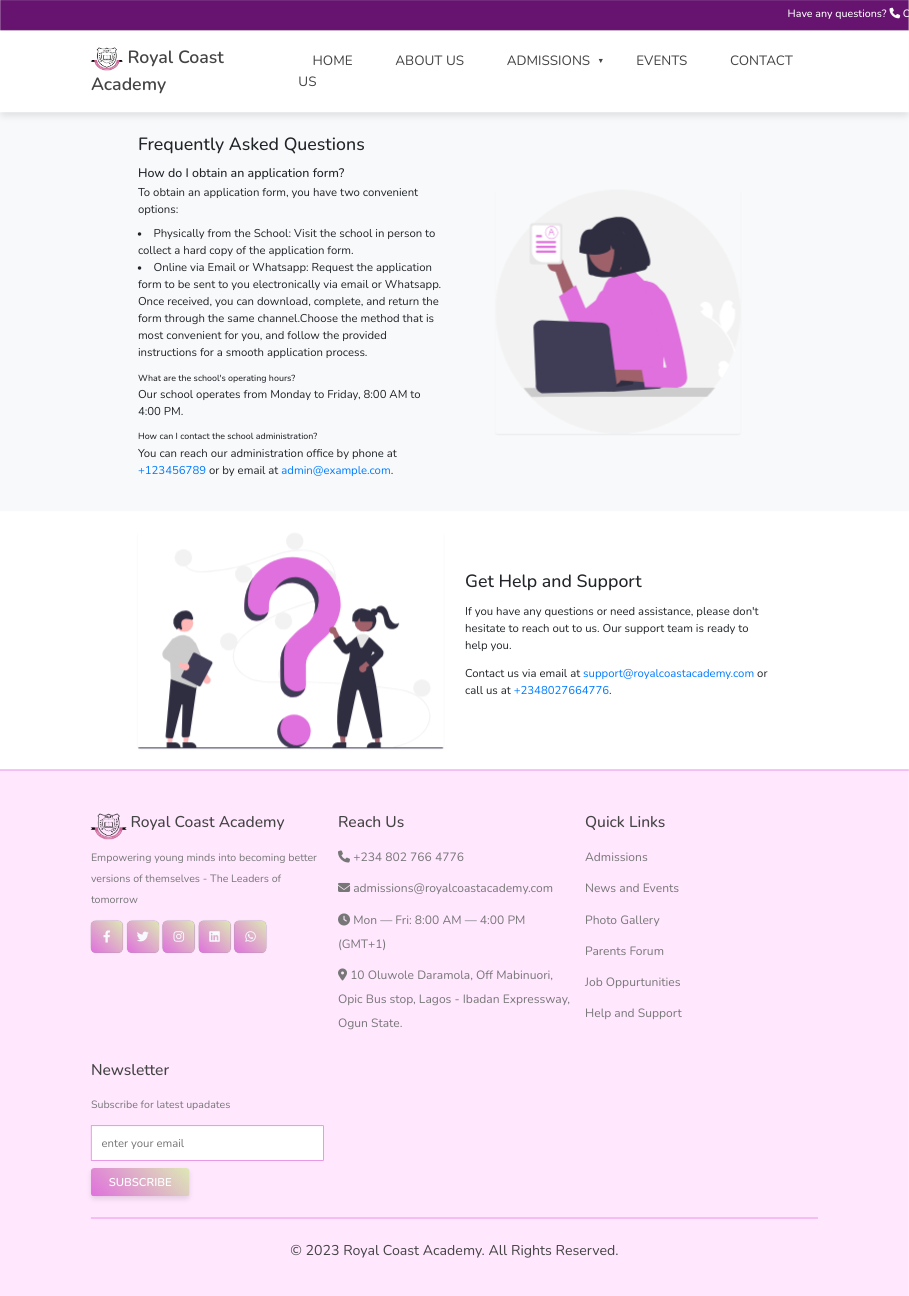
Repository: AdeniranZion/RC-Academy
Page: http://localhost/faq.php
The author's editor kept a copy of each file at every save. The page is drawn from the files as they stood at one save, then again after the next save.
The browser window is 1280 px wide. The pictures show the whole page, at 71% of full size.
Some web libraries are served in a nearby version. The page is run by PHP 8.4 with error messages shown; the project is at /var/www/html/.

Above is the page before, as saved 2024-06-21 19:20:33.
Console error: TypeError: Cannot set properties of null (setting 'onclick')

After the next save:
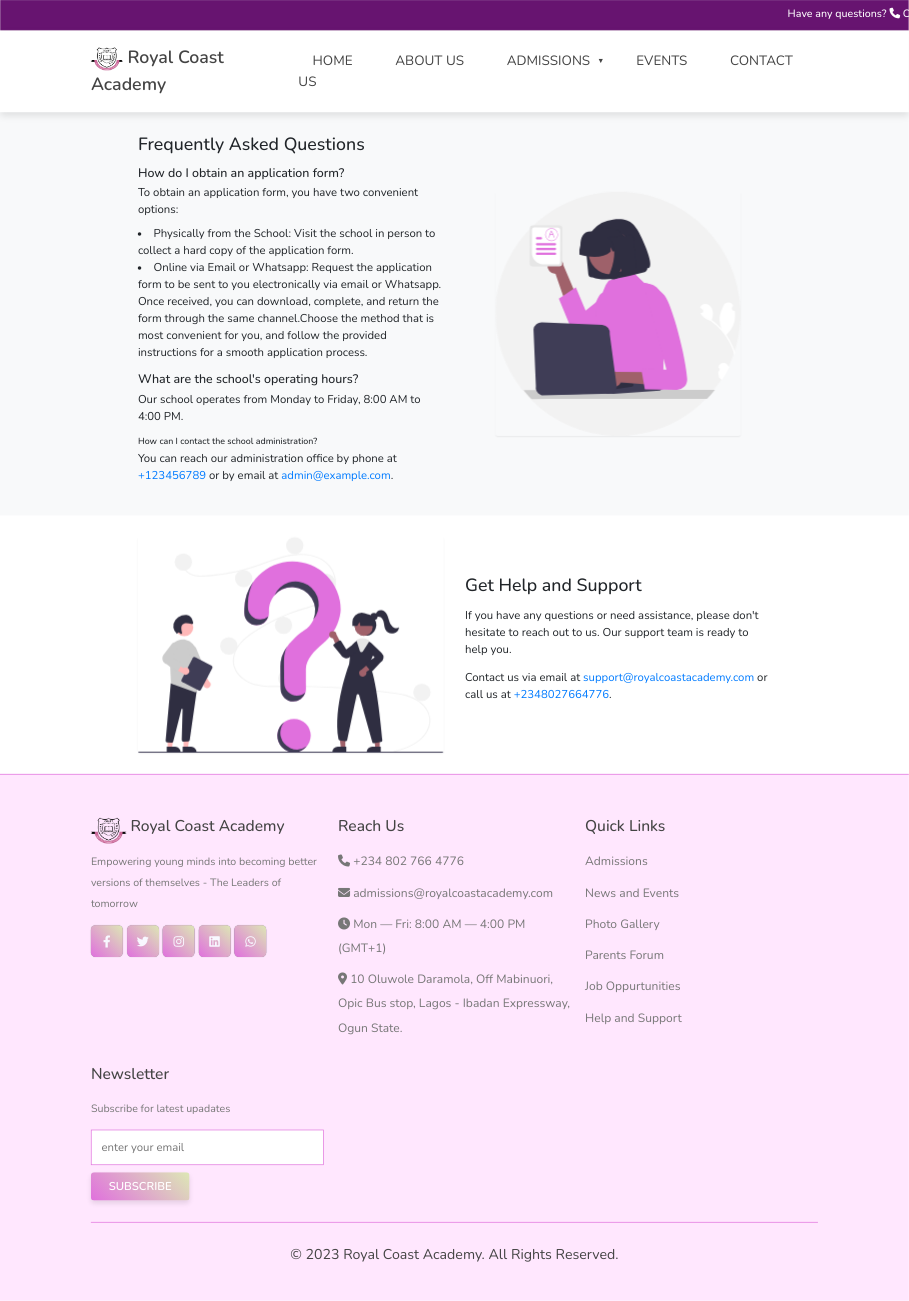
Saved 3 min 16 s later.
--- a/faq.php
+++ b/faq.php
@@ -17,7 +17,7 @@
                     </div>
 
                     <div class="faq-item mb-4">
-                        <h3 class="h5">What are the school's operating hours?</h3>
+                        <h3 >What are the school's operating hours?</h3>
                         <p>Our school operates from Monday to Friday, 8:00 AM to 4:00 PM.</p>
                     </div>
 
